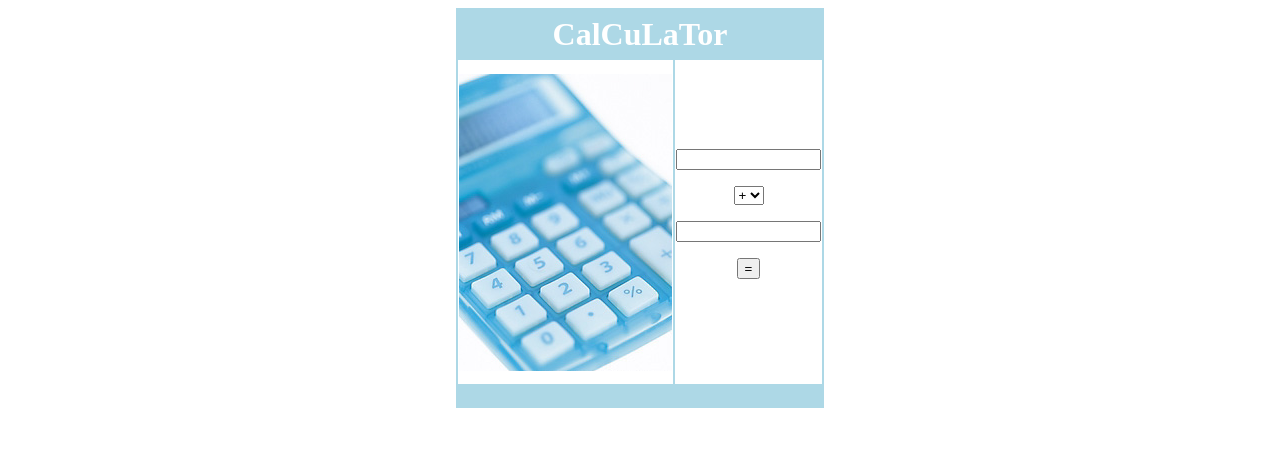
Repository: LeeHyeSu/JSP
Page: http://localhost/Practice32/calc.jsp
The author's editor kept a copy of each file at every save. The page is drawn from the files as they stood at one save, then again after the next save.
The browser window is 1280 px wide. The pictures show the whole page.
The page is served by Tomcat 9. Other server files are loaded and not shown.

Above is the page before, as saved 2017-11-24 08:38:32.

### Practice32/WebContent/calc.jsp
<%@ page language="java" contentType="text/html; charset=UTF-8"
    pageEncoding="UTF-8"%>
<!DOCTYPE html PUBLIC "-//W3C//DTD HTML 4.01 Transitional//EN" "http://www.w3.org/TR/html4/loose.dtd">
<html>
<head>
<meta http-equiv="Content-Type" content="text/html; charset=UTF-8">
<title>계산기 만들기</title>
</head>
<body>
<form method="post" action="calc_result.jsp" name="form1">
	<table width="350" height="400" border="1"
		bordercolor="lightblue" align="center" cellspacing="0">
		<tr height="50">
			<td colspan="2" bgcolor="lightblue" align="center">
			<b><font size="6" color="white">CalCuLaTor</font></b>
			</td>
		</tr>
		<tr align="center">
			<td><img src="images/cal.jpg"></td>
			<td>
				<input type="text" name="op1" size="15"><p>
				<select name="operator">
					<option selected>+</option>
					<option>-</option>
					<option>*</option>
					<option>/</option>
				</select><p>
				<input type="text" name="op2" size="15"><p>
				<input type="submit" value="=">
			</td>
		</tr>
		<tr height="20">
			<td colspan="2" bgcolor="lightblue">&nbsp;</td>
		</tr>
	</table>
</form>
</body>
</html>

After the next save:
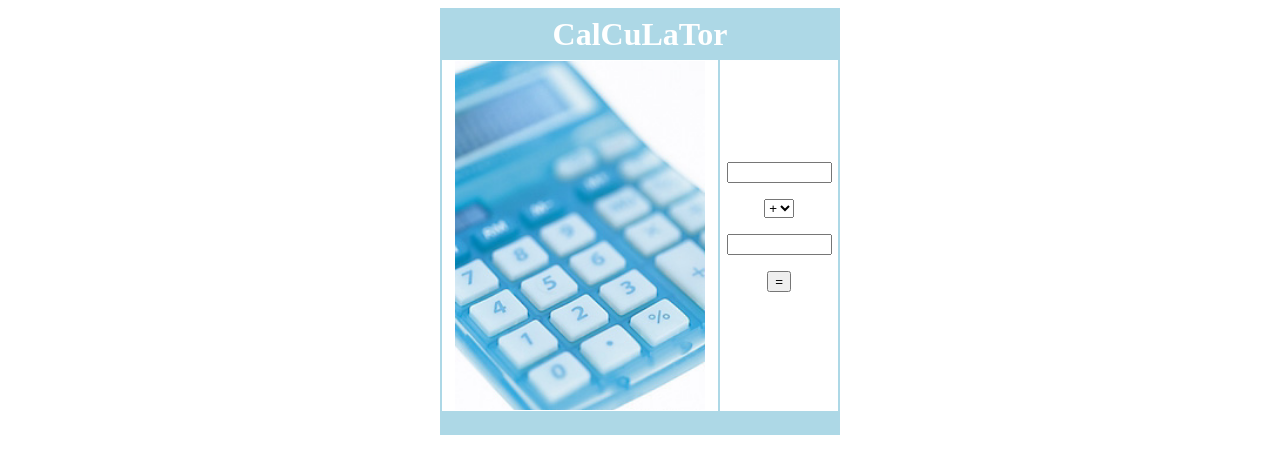
Saved 54 s later.
--- a/Practice32/WebContent/calc.jsp
+++ b/Practice32/WebContent/calc.jsp
@@ -8,7 +8,7 @@
 </head>
 <body>
 <form method="post" action="calc_result.jsp" name="form1">
-	<table width="350" height="400" border="1"
+	<table width="400" height="400" border="1"
 		bordercolor="lightblue" align="center" cellspacing="0">
 		<tr height="50">
 			<td colspan="2" bgcolor="lightblue" align="center">
@@ -16,16 +16,16 @@
 			</td>
 		</tr>
 		<tr align="center">
-			<td><img src="images/cal.jpg"></td>
+			<td><img src="images/cal.jpg" width="250"></td>
 			<td>
-				<input type="text" name="op1" size="15"><p>
+				<input type="text" name="op1" size="10"><p>
 				<select name="operator">
 					<option selected>+</option>
 					<option>-</option>
 					<option>*</option>
 					<option>/</option>
 				</select><p>
-				<input type="text" name="op2" size="15"><p>
+				<input type="text" name="op2" size="10"><p>
 				<input type="submit" value="=">
 			</td>
 		</tr>
